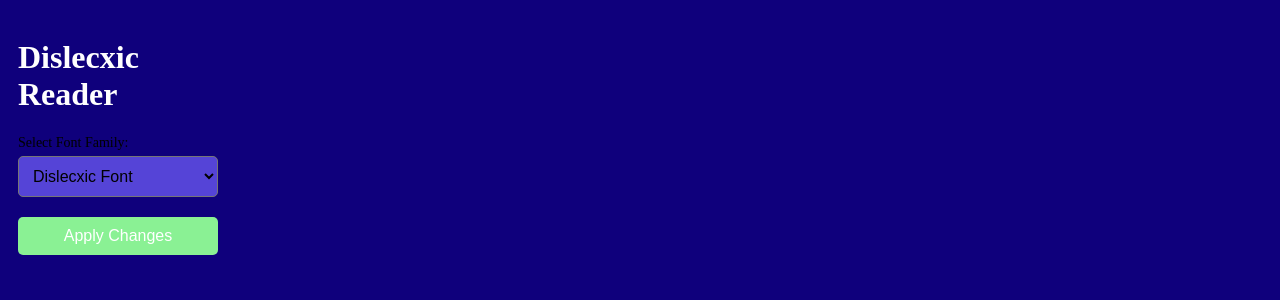
Repository: adatechschool/extension-navigateur-extension_walid_eliana_imelda
Page: Extention 3/popup.html
These files come from the project's save history. The page is drawn as it stood at one moment and after the next save; the edit follows.
The browser window is 1280 px wide. The pictures show the whole page.
The pointer rests on the first visible `button`.

Above is the page before, as saved 2024-01-12 15:58:45.

After the next save:
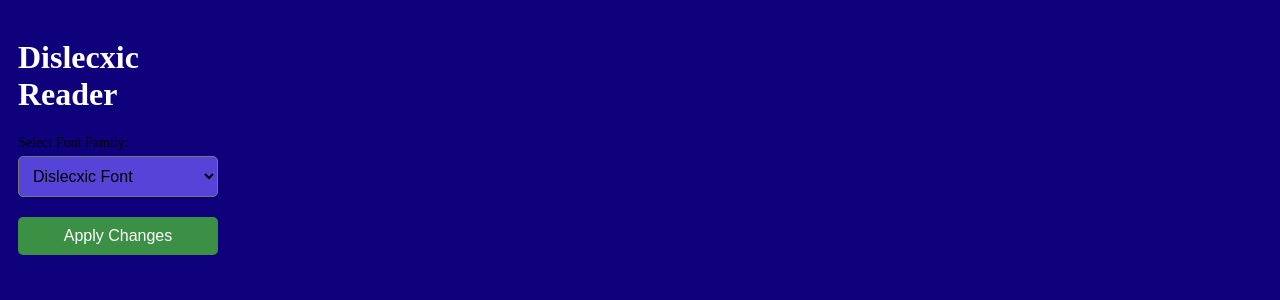
Saved 17 s later.
--- a/Extention 3/popup.css
+++ b/Extention 3/popup.css
@@ -28,7 +28,7 @@ body {
   }
 
   button:hover {
-    background-color: #8af194;
+    background-color: #3c9045;
   }
   h1 {
     color:white;
